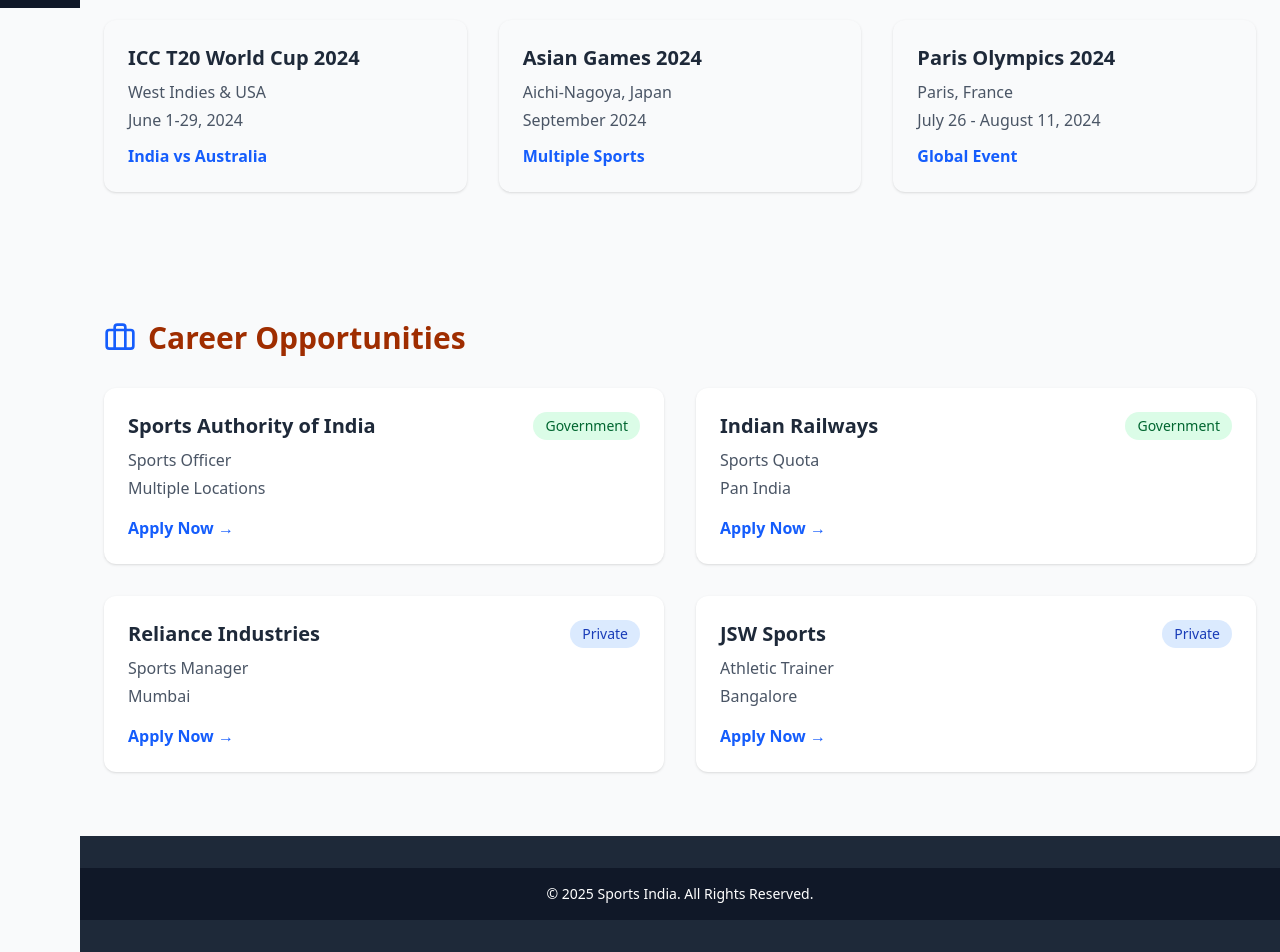
Repository: Shovon0004/Athlete
Page: / (app in Athlete/)
An editor plug-in stored every save of this project. The page is shown before and after the next save, followed by the edit.
The browser window is 1280 px wide. The pictures show the part of the page from y = 712 to 1664 px (the page is 1664 px tall).
The project was rebuilt for these pictures with package versions that can differ from the ones it lists, and the page was loaded fresh each time. Also part of the build but not shown: Athlete/vite.config.js.

Above is the page before, as saved 2025-01-26 11:26:25.

After the next save:
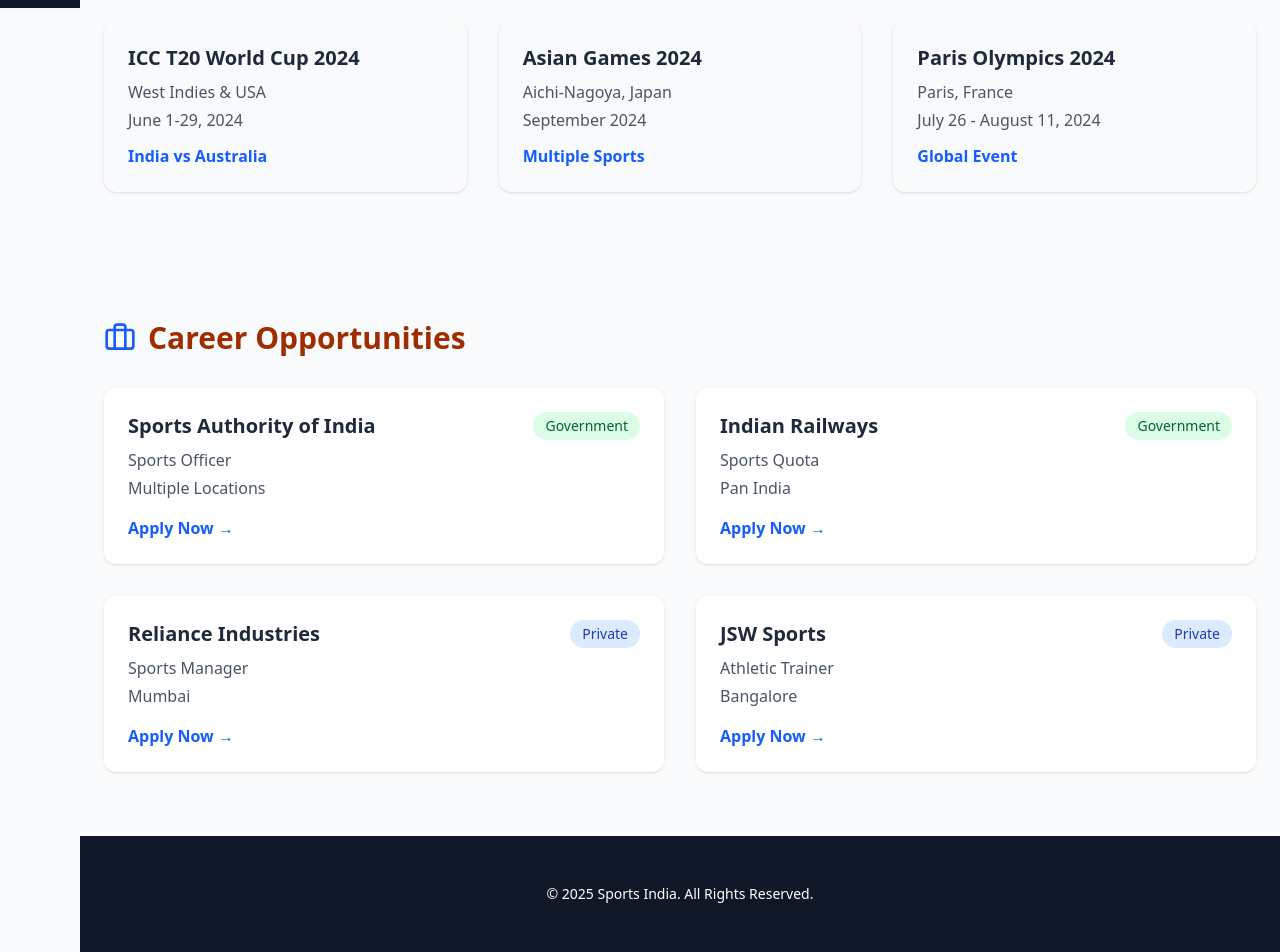
Saved 33 s later.
--- a/Athlete/src/components/HeroPage.jsx
+++ b/Athlete/src/components/HeroPage.jsx
@@ -166,7 +166,7 @@
           </div>
         </div>
       </section>
-      <footer className="bg-gray-800 text-white py-8">
+      <footer className="bg-gray-900 text-white py-8">
 
 
       {/* Footer Bottom */}
